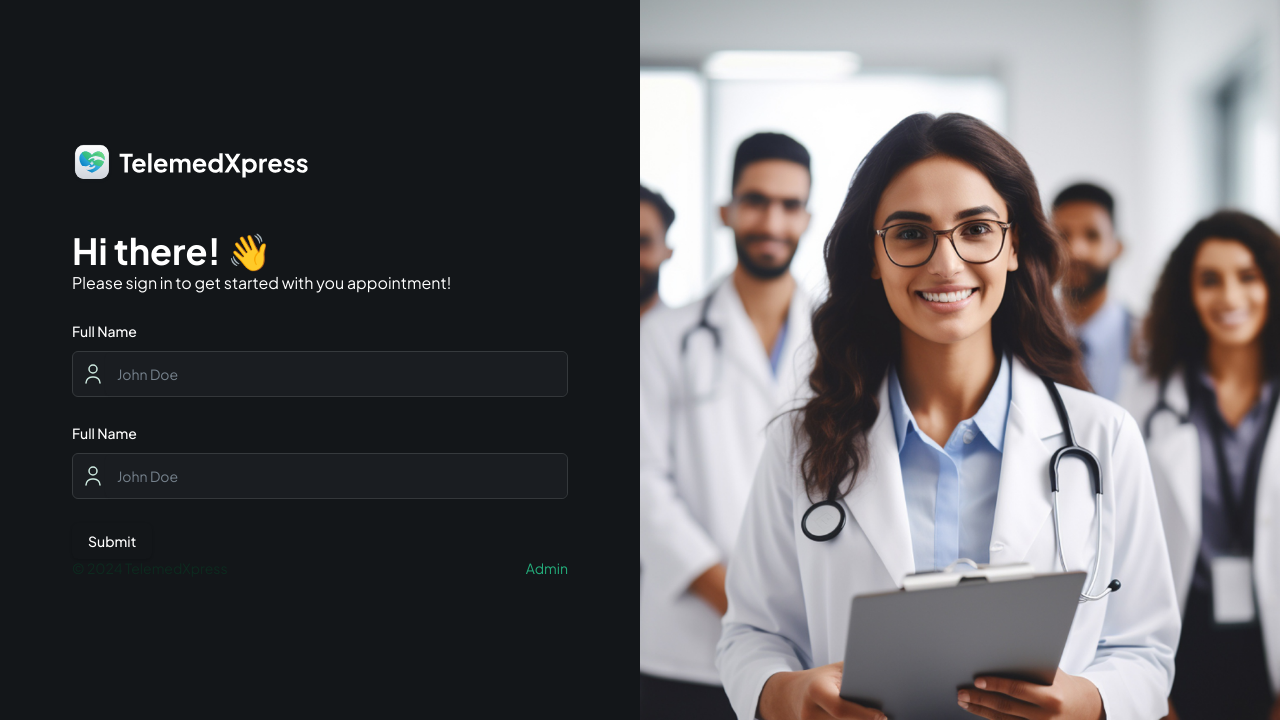
Repository: Carlito-Pedida/telemed
Page: /
These files come from the project's save history. The page is drawn as it stood at one moment and after the next save; the edit follows.
The browser window is 1280 px wide. The pictures show the whole page.
The project was rebuilt for these pictures with package versions that can differ from the ones it lists, and the page was loaded fresh each time. The framework's server and built-in components were replaced by stand-ins that run in the browser. Also part of the build but not shown: next.config.mjs, components/ui/select.tsx, components/ui/textarea.tsx, components/ui/checkbox.tsx.

Above is the page before, as saved 2024-11-04 19:06:14.

After the next save:
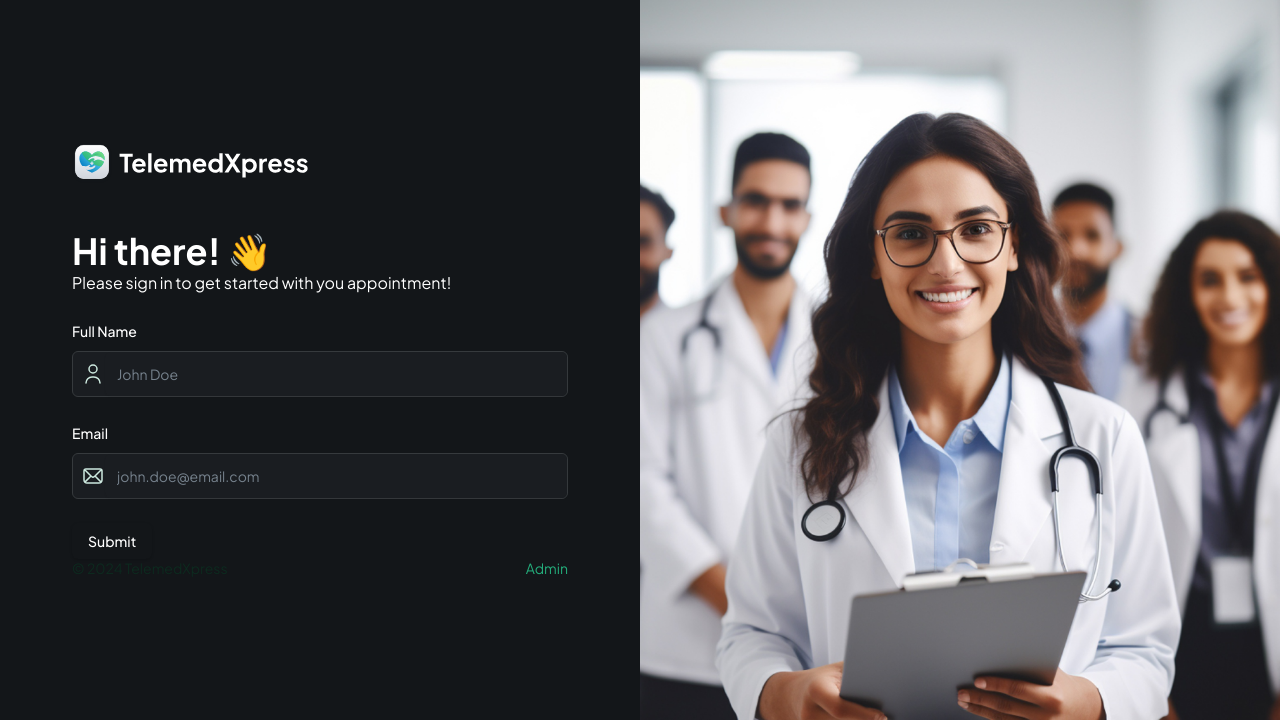
Saved 62 s later.
--- a/components/forms/PatientForm.tsx
+++ b/components/forms/PatientForm.tsx
@@ -61,11 +61,11 @@ const PatientForm = () => {
           <CustomFormField
             fieldType={FormFieldType.INPUT}
             control={form.control}
-            name="name"
-            label="Full Name"
-            placeholder="John Doe"
-            iconSrc="/assets/icons/user.svg"
-            iconAlt="User"
+            name="email"
+            label="Email"
+            placeholder="john.doe@email.com"
+            iconSrc="/assets/icons/email.svg"
+            iconAlt="email"
           />
 
           <Button type="submit">Submit</Button>
